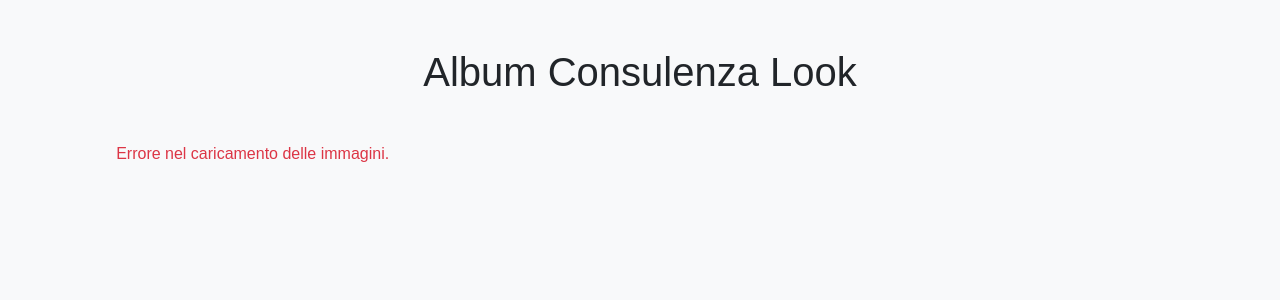
Repository: Probyte5D/Armocromia-website
Page: album.html
An editor plug-in stored every save of this project. The page is shown before and after the next save, followed by the edit.
The browser window is 1280 px wide. The pictures show the whole page.
The page's requests for data from a server got no answer.

Above is the page before, as saved 2025-04-18 21:37:16.

### album.html
<!DOCTYPE html>
<html lang="it">
<head>
  <meta charset="UTF-8">
  <meta name="viewport" content="width=device-width, initial-scale=1.0">
  <title>Album Consulenza Look</title>
  <link href="https://cdn.jsdelivr.net/npm/bootstrap@5.1.0/dist/css/bootstrap.min.css" rel="stylesheet">
  <!-- Link al CSS personalizzato -->
  <link rel="stylesheet" href="album.css" />
</head>
<body>
  <div class="container py-5">
    <h1 class="text-center mb-4">Album Consulenza Look</h1>
    <div id="lookAlbum" class="row g-3">
      <!-- Le immagini saranno caricate qui dinamicamente -->
    </div>
  </div>

  <!-- Caricamento dei file JS di Bootstrap e il tuo JS personalizzato -->
  <script src="https://cdn.jsdelivr.net/npm/bootstrap@5.1.0/dist/js/bootstrap.bundle.min.js"></script>
  <script src="album.js"></script>
</body>
</html>

### album.css
/* Impostiamo il background e font di base */
body {
  background-color: #f8f9fa;
  font-family: 'Arial', sans-serif;
}

/* Layout per il contenitore delle immagini */
#lookAlbum {
  display: grid;
  grid-template-columns: repeat(auto-fill, minmax(350px, 1fr)); /* Aumentato a 350px per ogni immagine */
  gap: 30px;  /* Spazio maggiore tra le immagini */
  margin-top: 30px;
}

/* Card immagine, posizione relativa per caption */
.album-item {
  position: relative;
  overflow: hidden;
  border-radius: 10px;
  box-shadow: 0 4px 15px rgba(0, 0, 0, 0.1);
  background-color: white;
  height: 350px;  /* Imposta un'altezza fissa per tutte le immagini */
}

/* Immagini più grandi con altezza automatica per mantenere il rapporto */
.album-item img {
  width: 100%;
  height: 100%;
  object-fit: cover;  /* Assicura che l'immagine riempi il contenitore senza distorsioni */
  object-position: center;  /* Centra l'immagine se è più grande del contenitore */
  transition: transform 0.3s ease-in-out;
}

/* Effetto hover per ingrandire l'immagine */
.album-item:hover img {
  transform: scale(1.1); /* Ingrandisce l'immagine al passaggio del mouse */
}

/* Caption sovrapposta sopra l'immagine */
.album-item .caption {
  position: absolute;
  bottom: 0;
  left: 0;
  right: 0;
  padding: 15px;
  background: rgba(0, 0, 0, 0.5);
  color: white;
  text-align: center;
  font-size: 1.2rem;
  font-weight: bold;
}

/* Responsività per schermi più piccoli */
@media (max-width: 768px) {
  #lookAlbum {
    grid-template-columns: 1fr 1fr;  /* 2 immagini per riga su schermi medi */
  }
}

@media (max-width: 480px) {
  #lookAlbum {
    grid-template-columns: 1fr;  /* 1 immagine per riga su schermi piccoli */
  }
}

### album.js

    const API_KEY = '1J5XZG6HEjef4TKrOiBtmHWoMJVdLRUIxplL9GJzFHBeI64zgRPny53m';
    const query = 'fashion look';  // Modifica la query per altre immagini

    // Carica le immagini
    fetch(`https://api.pexels.com/v1/search?query=${encodeURIComponent(query)}&per_page=9`, {
      headers: { Authorization: API_KEY }
    })
    .then(r => r.json())
    .then(data => {
      const row = document.getElementById('lookAlbum');
      if (data && data.photos) {
        data.photos.forEach(photo => {
          const col = document.createElement('div');
          col.className = 'col-6 col-md-4';
          col.innerHTML = `
            <img src="${photo.src.medium}" class="img-fluid rounded shadow-sm" alt="${photo.photographer}" title="Ph: ${photo.photographer}">
          `;
          row.appendChild(col);
        });
      } else {
        row.innerHTML = '<p class="text-danger text-center">Nessuna immagine trovata per questa ricerca.</p>';
      }
    })
    .catch(err => {
      console.error(err);
      const row = document.getElementById('lookAlbum');
      row.innerHTML = '<p class="text-danger text-center">Errore nel caricamento delle immagini.</p>';
    });

After the next save:
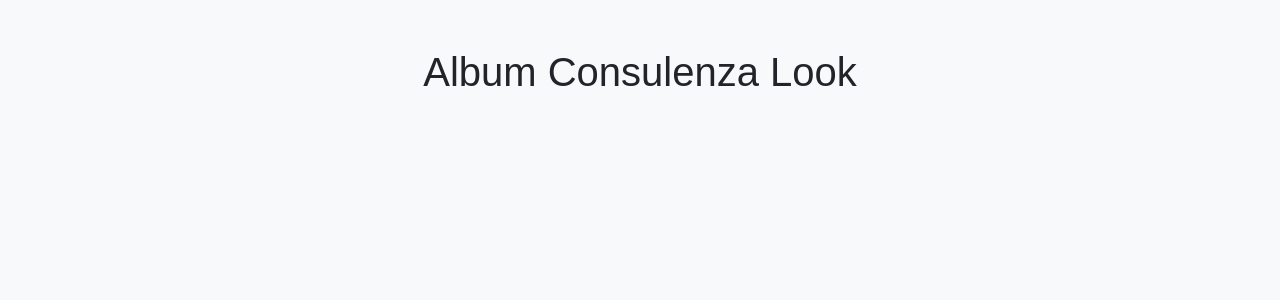
Saved 44 s later.
--- a/album.js
+++ b/album.js
@@ -1,29 +1,41 @@
+document.querySelectorAll('.apri-album').forEach(btn => {
+  btn.addEventListener('click', () => {
+    const row = document.getElementById('lookAlbum');
+    row.innerHTML = '<p class="text-center">Caricamento immagini...</p>';
 
     const API_KEY = '1J5XZG6HEjef4TKrOiBtmHWoMJVdLRUIxplL9GJzFHBeI64zgRPny53m';
-    const query = 'fashion look';  // Modifica la query per altre immagini
+    const query = 'fashion look'; // Puoi anche cambiare la query in base al prodotto
 
-    // Carica le immagini
-    fetch(`https://api.pexels.com/v1/search?query=${encodeURIComponent(query)}&per_page=9`, {
+    fetch(`https://api.pexels.com/v1/search?query=${encodeURIComponent(query)}&per_page=15`, {
       headers: { Authorization: API_KEY }
     })
     .then(r => r.json())
     .then(data => {
-      const row = document.getElementById('lookAlbum');
-      if (data && data.photos) {
-        data.photos.forEach(photo => {
-          const col = document.createElement('div');
-          col.className = 'col-6 col-md-4';
-          col.innerHTML = `
+      row.innerHTML = ''; // Pulisce il contenuto precedente
+
+      // Filtra le immagini per orientamento verticale (altezza > larghezza)
+      const verticalImages = data.photos.filter(photo => photo.height > photo.width);
+
+      // Aggiungi solo immagini verticali al layout
+      verticalImages.forEach(photo => {
+        const col = document.createElement('div');
+        col.className = 'col-6 col-md-4'; // Puoi cambiare la larghezza delle colonne in base alle tue preferenze
+        col.innerHTML = `
+          <div class="album-item">
             <img src="${photo.src.medium}" class="img-fluid rounded shadow-sm" alt="${photo.photographer}" title="Ph: ${photo.photographer}">
-          `;
-          row.appendChild(col);
-        });
-      } else {
-        row.innerHTML = '<p class="text-danger text-center">Nessuna immagine trovata per questa ricerca.</p>';
-      }
+            <div class="caption">${photo.photographer}</div>
+          </div>
+        `;
+        row.appendChild(col);
+      });
+
+      // Apri la modale usando il metodo di Bootstrap
+      const modal = new bootstrap.Modal(document.getElementById('albumModal'));
+      modal.show();
     })
     .catch(err => {
+      row.innerHTML = '<p class="text-danger text-center">Errore nel caricamento delle immagini.</p>';
       console.error(err);
-      const row = document.getElementById('lookAlbum');
-      row.innerHTML = '<p class="text-danger text-center">Errore nel caricamento delle immagini.</p>';
     });
+  });
+});

After the 3 saves that followed:
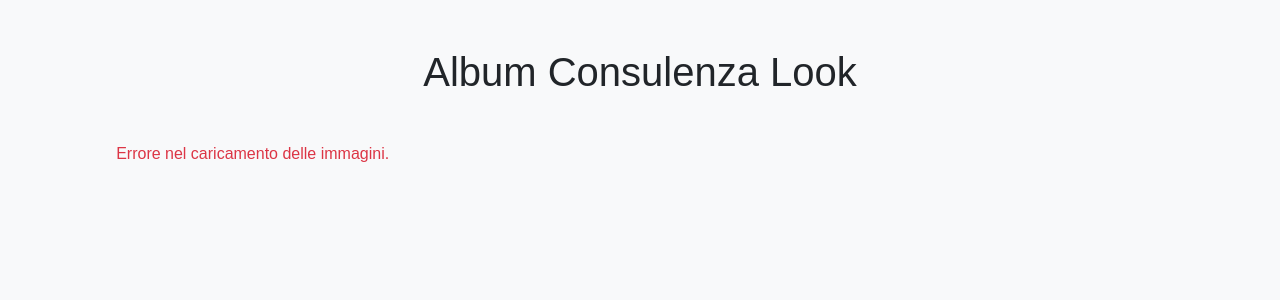
The 3 saves are shown as one change because 2 left the picture as it was.
The last was saved 68 s later.
--- a/album.js
+++ b/album.js
@@ -1,41 +1,29 @@
-document.querySelectorAll('.apri-album').forEach(btn => {
-  btn.addEventListener('click', () => {
-    const row = document.getElementById('lookAlbum');
-    row.innerHTML = '<p class="text-center">Caricamento immagini...</p>';
 
     const API_KEY = '1J5XZG6HEjef4TKrOiBtmHWoMJVdLRUIxplL9GJzFHBeI64zgRPny53m';
-    const query = 'fashion look'; // Puoi anche cambiare la query in base al prodotto
+    const query = 'fashion look';  // Modifica la query per altre immagini
 
-    fetch(`https://api.pexels.com/v1/search?query=${encodeURIComponent(query)}&per_page=15`, {
+    // Carica le immagini
+    fetch(`https://api.pexels.com/v1/search?query=${encodeURIComponent(query)}&per_page=9`, {
       headers: { Authorization: API_KEY }
     })
     .then(r => r.json())
     .then(data => {
-      row.innerHTML = ''; // Pulisce il contenuto precedente
-
-      // Filtra le immagini per orientamento verticale (altezza > larghezza)
-      const verticalImages = data.photos.filter(photo => photo.height > photo.width);
-
-      // Aggiungi solo immagini verticali al layout
-      verticalImages.forEach(photo => {
-        const col = document.createElement('div');
-        col.className = 'col-6 col-md-4'; // Puoi cambiare la larghezza delle colonne in base alle tue preferenze
-        col.innerHTML = `
-          <div class="album-item">
+      const row = document.getElementById('lookAlbum');
+      if (data && data.photos) {
+        data.photos.forEach(photo => {
+          const col = document.createElement('div');
+          col.className = 'col-6 col-md-4';
+          col.innerHTML = `
             <img src="${photo.src.medium}" class="img-fluid rounded shadow-sm" alt="${photo.photographer}" title="Ph: ${photo.photographer}">
-            <div class="caption">${photo.photographer}</div>
-          </div>
-        `;
-        row.appendChild(col);
-      });
-
-      // Apri la modale usando il metodo di Bootstrap
-      const modal = new bootstrap.Modal(document.getElementById('albumModal'));
-      modal.show();
+          `;
+          row.appendChild(col);
+        });
+      } else {
+        row.innerHTML = '<p class="text-danger text-center">Nessuna immagine trovata per questa ricerca.</p>';
+      }
     })
     .catch(err => {
+      console.error(err);
+      const row = document.getElementById('lookAlbum');
       row.innerHTML = '<p class="text-danger text-center">Errore nel caricamento delle immagini.</p>';
-      console.error(err);
     });
-  });
-});
